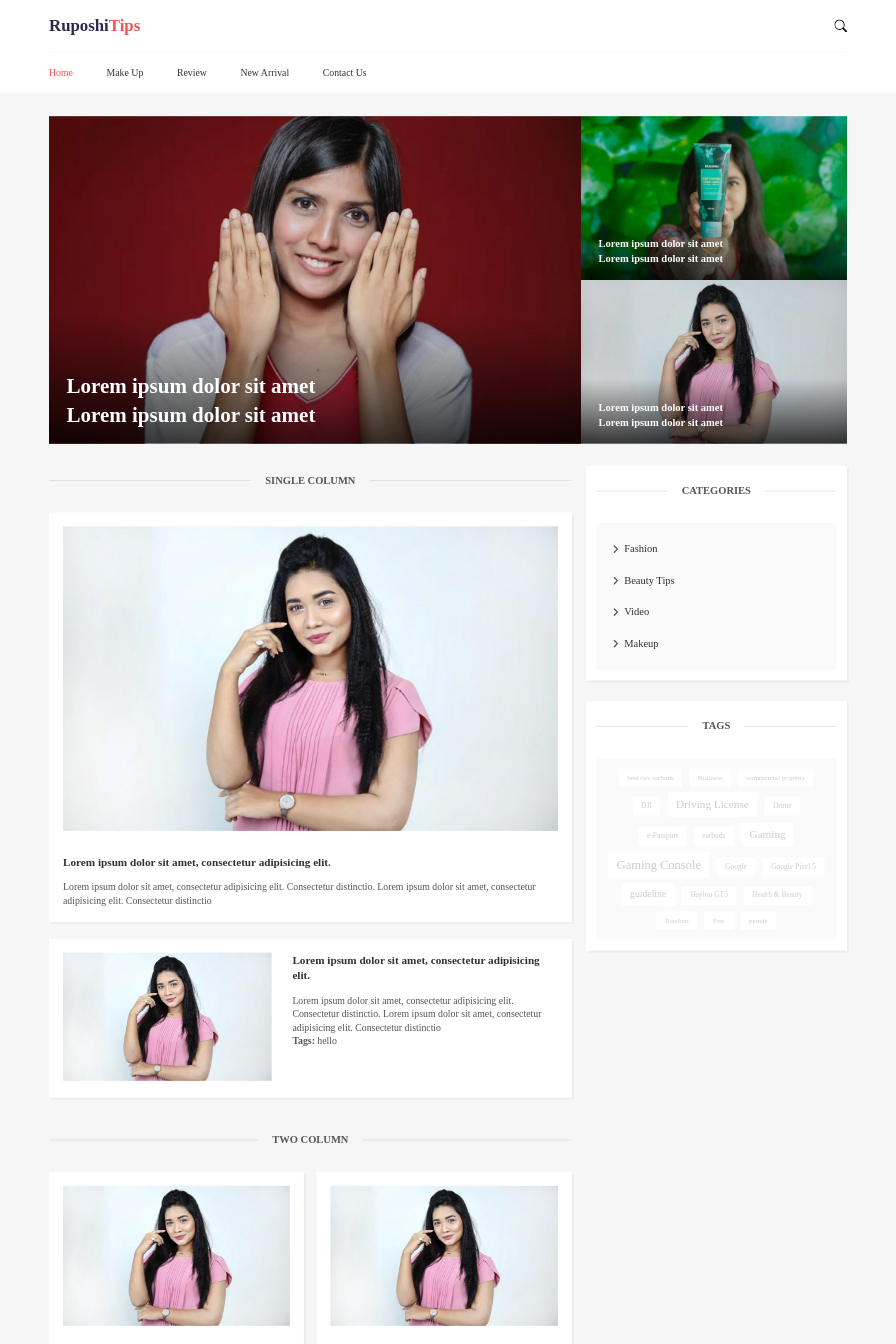
Repository: riff3r/wp-blog
Page: index.html
These files come from the project's save history. The page is drawn as it stood at one moment and after a run of saves; the edit follows.
The browser window is 1280 px wide. The pictures show the part of the page from y = 0 to 1920 px (the page is 2821 px tall before and 2843 px after), at 70% of full size.

Above is the page before, as saved 2021-10-28 06:30:54.

After the next 2 saves:
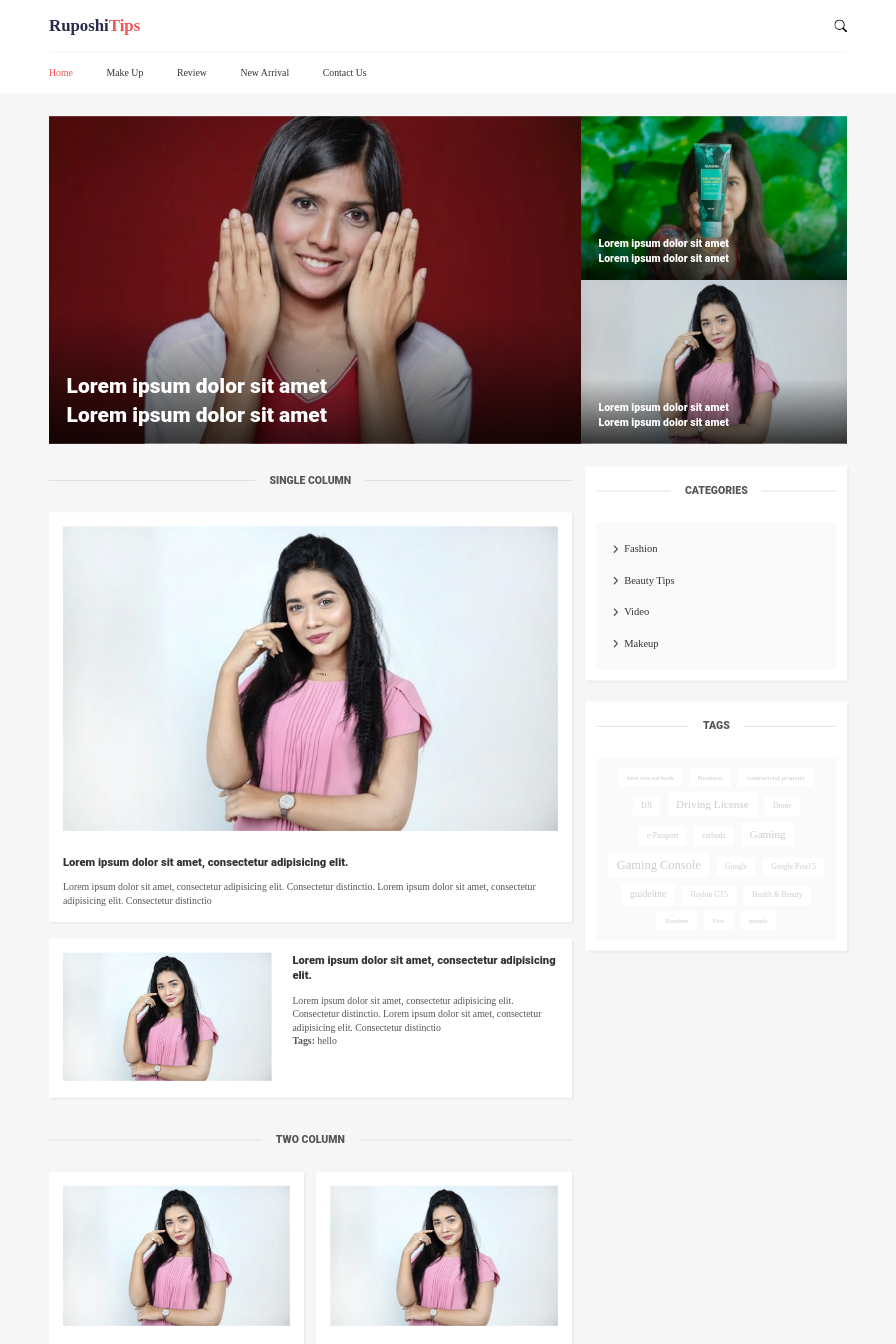
The 2 saves are shown as one change because they came seconds apart.
The last was saved 21 s later.
--- a/css/style.css
+++ b/css/style.css
@@ -127,6 +127,15 @@ body {
 /***********************/
 /* Heading */
 /***********************/
+h1,
+h2,
+h3,
+h4,
+h5,
+h6 {
+  font-family: "Roboto", sans-serif;
+  font-weight: 900;
+}
 
 .main-title {
   display: -webkit-flex;
